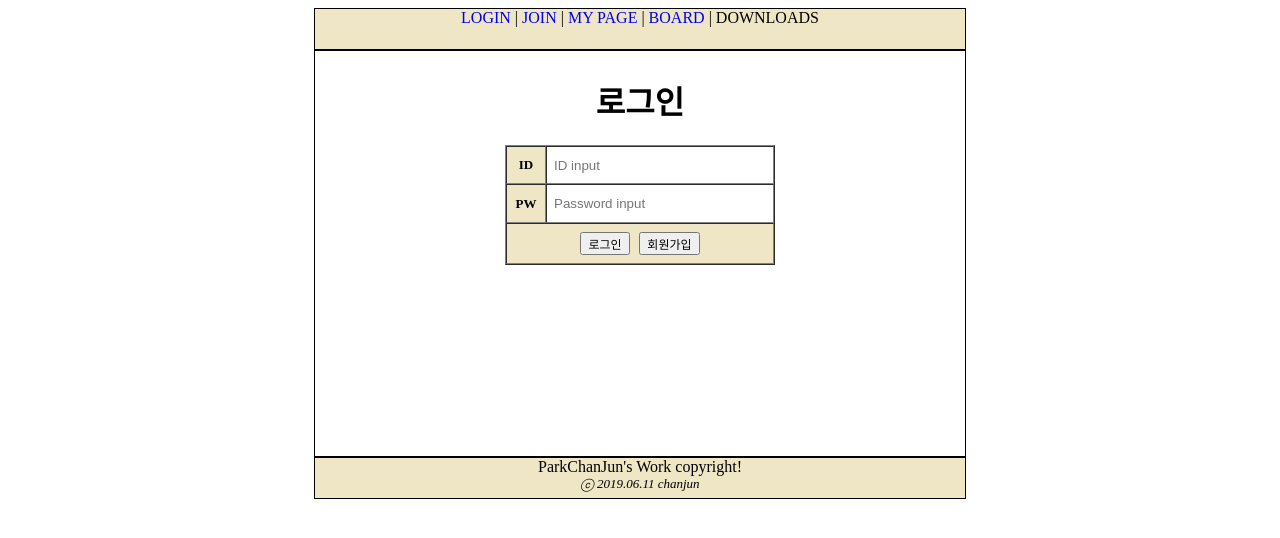
Repository: slolee/Spring-Board
Page: http://localhost/spring_project/WEB-INF/views/member/loginView.jsp
An editor plug-in stored every save of this project. The page is shown before and after the next save, followed by the edit.
The browser window is 1280 px wide. The pictures show the whole page.
The page is served by Tomcat 9. Nobody is signed in. Other server files are loaded and not shown. The template is opened directly, without the code that normally fills it, so the values that code supplies are empty.

Above is the page before, as saved 2019-06-17 02:41:07.

### spring_project/src/main/webapp/WEB-INF/views/member/loginView.jsp
<%@ page language="java" contentType="text/html; charset=UTF-8"
    pageEncoding="UTF-8"%>
<jsp:include page="../layout/header.jsp">
	<jsp:param name="title" value="Login Page!"/>
</jsp:include>

	<!-- 로그인 창 -->
	<h1> 로그인 </h1>
	<form action="loginLogic.do" method="post">
		<table border=1 cellpadding="2" cellspacing="0" align="center" width="270px" height="120px">
			<tr>
				<th width="45px">ID</th>
				<td>
					<input type="text" name="id" placeholder="ID input" maxlength="15" size="25" required>
				</td>
			</tr>
			<tr>
				<th width="45px">PW</th>
				<td>
					<input type="password" name="pw" placeholder="Password input" maxlength="20" size="25" required>
				</td>
			</tr>
			<tr>
				<th colspan="2" align="center" height="35px">
					<input type="submit" value="로그인"> &nbsp;
					<input type="button" value="회원가입" onclick="location.href='joinView.do'">
				</th>
			</tr>

		</table>

	</form>
<%@ include file = "../layout/footer.jsp" %>

### spring_project/src/main/webapp/WEB-INF/views/layout/footer.jsp
<%@ page language="java" contentType="text/html; charset=UTF-8"
    pageEncoding="UTF-8"%>
		</div>
		<div id="footer" align="center">
			ParkChanJun's Work copyright! <br>
			<i><font size="2">ⓒ 2019.06.11 chanjun</font></i>
		</div>
	</div>
</body>
</html>

### spring_project/src/main/webapp/WEB-INF/views/layout/header.jsp
<%@ page language="java" contentType="text/html; charset=UTF-8"
    pageEncoding="UTF-8"%>
<%@ taglib prefix="c" uri="http://java.sun.com/jsp/jstl/core" %>
<%
	request.setCharacterEncoding("UTF-8");
	String title = request.getParameter("title");
	if(title == null)
		title = "My Homepage";
%>
<!DOCTYPE html PUBLIC "-//W3C//DTD HTML 4.01 Transitional//EN" "http://www.w3.org/TR/html4/loose.dtd">
<html>
<head>
	<meta http-equiv="Content-Type" content="text/html; charset=UTF-8">
	<title><%= title %></title>
	<style>
		#header, #footer{
			background-color: #EEE6C4;
			font-family: "HY울릉도M";
			border: 1px solid black;
			width: 650px;
			height: 40px;
		}
		#main{
			border: 1px solid black;
			width: 650px;
			min-height: 400px;
			padding-top: 5px;
		}
		a{
			text-decoration: none;
		}

		input[type=button], input[type=submit], input[type=reset]{
			font-size: 9pt;
		}

		input[type="text"], input[type="password"], textarea{
			border: 0px;
			padding: 0px 0px 0px 5px;
		}

		table{
			font-size: small;
		}

		th{
			background-color: #EEE6C4;
		}

		td{
			background-color: #FFFFFF;
		}

	</style>
</head>
<body>
	<div align="center">
		<div id="header" align="center">
			<c:choose>
				<c:when test="${ sessionScope.login_id == null }">
					<a href="loginView.do">LOGIN</a> |
					<a href="joinView.do">JOIN</a> |
				</c:when>
				<c:otherwise>
					${ sessionScope.login_nickname } |
					<a href="logoutLogic.do">LOGOUT</a> |
				</c:otherwise>
			</c:choose>

			<a href="mypageView.do">MY PAGE</a> |
			<a href="boardView.do">BOARD</a> |
			DOWNLOADS
		</div>
		<div id="main" align="center">

After the next save:
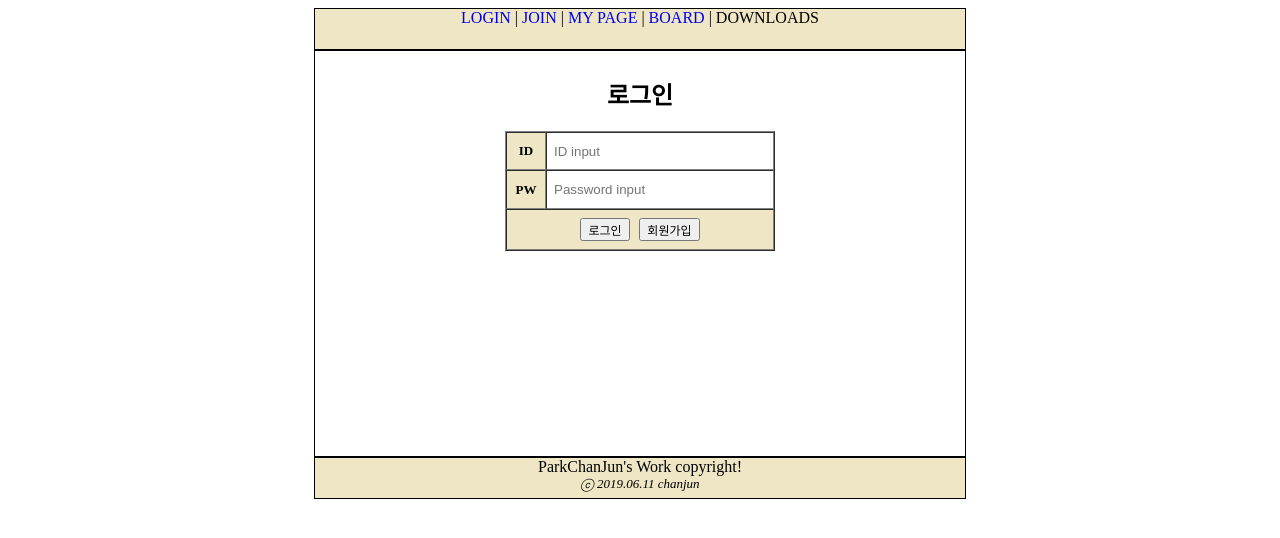
Saved 42 s later.
--- a/spring_project/src/main/webapp/WEB-INF/views/member/loginView.jsp
+++ b/spring_project/src/main/webapp/WEB-INF/views/member/loginView.jsp
@@ -5,7 +5,7 @@
 </jsp:include>
 
 	<!-- 로그인 창 -->
-	<h1> 로그인 </h1>
+	<h2> 로그인 </h2>
 	<form action="loginLogic.do" method="post">
 		<table border=1 cellpadding="2" cellspacing="0" align="center" width="270px" height="120px">
 			<tr>
